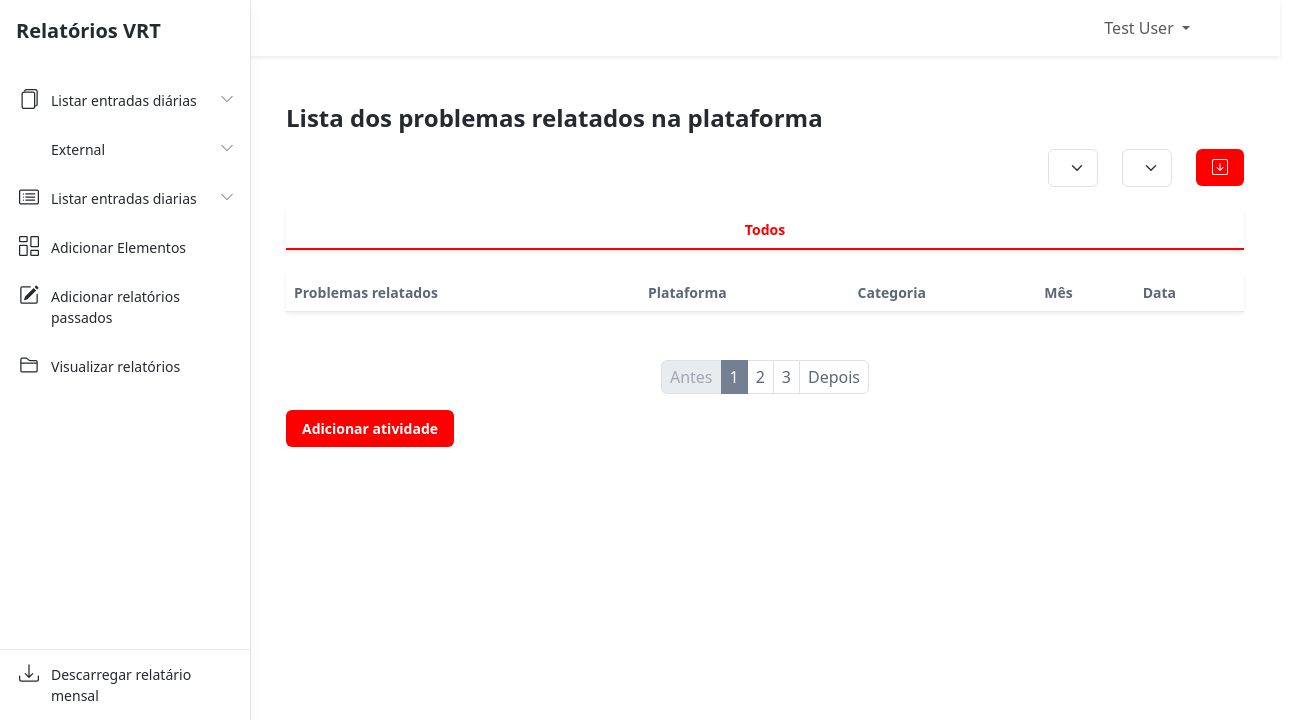
Repository: Yolanda-Marchone/Relatorios
Page: http://localhost/home
These files come from the project's save history. The page is drawn as it stood at one moment and after the next save; the edit follows.
The browser window is 1280 px wide. The page is 1292 px wide, so the pictures cover 1292 px, including what lies to the right of the window. The pictures show the whole page.
The page is served by the project's Laravel application, run on PHP 8.4 with Laravel 10. A made-up administrator, Test User (test@example.com), is signed in. Style sheets and scripts are compiled from the project's sources, by tool versions that may differ from the author's. Queries for data that is not in the repository find no rows.

Above is the page before, as saved 2024-05-23 10:51:43.
Console error: TypeError: Cannot read properties of null (reading 'addEventListener')

After the next save:
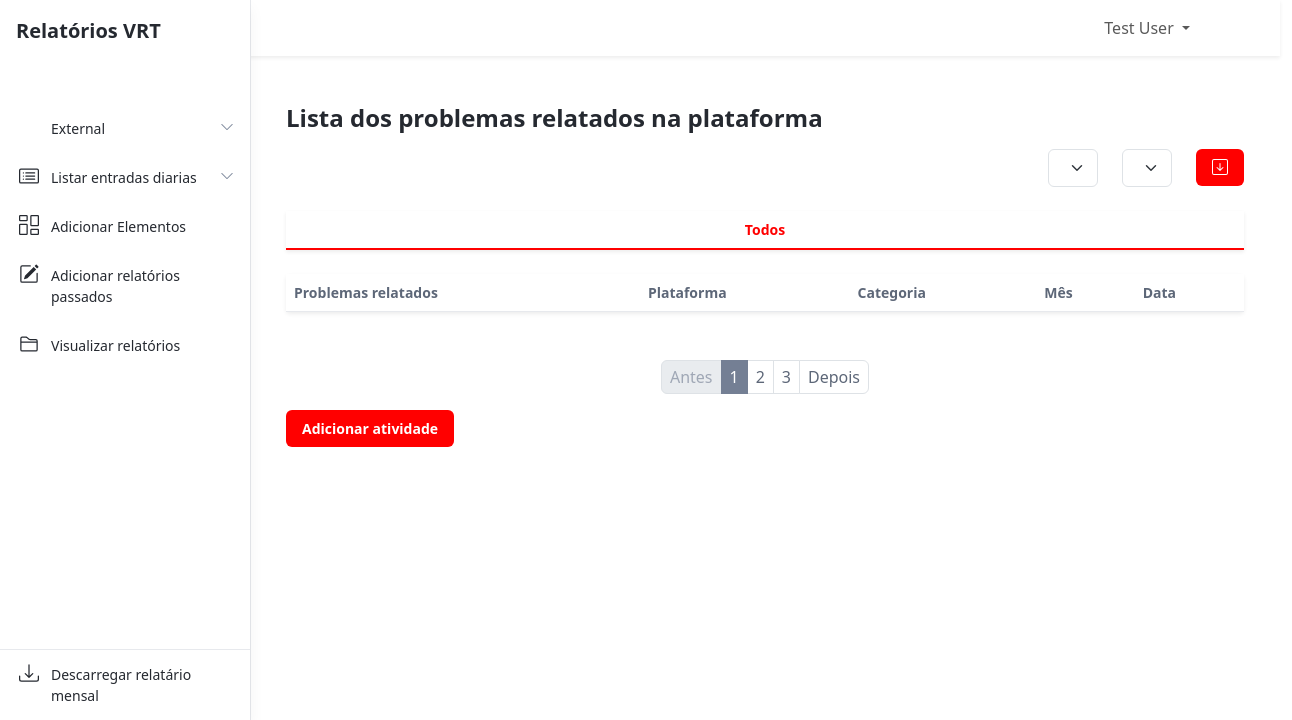
Saved 10 s later.
--- a/resources/views/layouts/app.blade.php
+++ b/resources/views/layouts/app.blade.php
@@ -94,11 +94,7 @@
 					        <!--//Bootstrap Icons: https://icons.getbootstrap.com/ -->
 					        <a class="nav-link submenu-toggle" href="#" data-bs-toggle="collapse" data-bs-target="#submenu-1" aria-expanded="false" aria-controls="submenu-1">
 						        <span class="nav-icon">
-						        <!--//Bootstrap Icons: https://icons.getbootstrap.com/ -->
-						        <svg width="1em" height="1em" viewBox="0 0 16 16" class="bi bi-files" fill="currentColor" xmlns="http://www.w3.org/2000/svg">
-	  <path fill-rule="evenodd" d="M4 2h7a2 2 0 0 1 2 2v10a2 2 0 0 1-2 2H4a2 2 0 0 1-2-2V4a2 2 0 0 1 2-2zm0 1a1 1 0 0 0-1 1v10a1 1 0 0 0 1 1h7a1 1 0 0 0 1-1V4a1 1 0 0 0-1-1H4z"/>
-	  <path d="M6 0h7a2 2 0 0 1 2 2v10a2 2 0 0 1-2 2v-1a1 1 0 0 0 1-1V2a1 1 0 0 0-1-1H6a1 1 0 0 0-1 1H4a2 2 0 0 1 2-2z"/>
-	</svg>
+						        <!--//Bootstrap Icons: https://icons.getb
 						         </span>
                                  <span class="nav-link-text">Listar entradas diárias</span>
 		                         <span class="submenu-arrow">

After the 2 saves that followed:
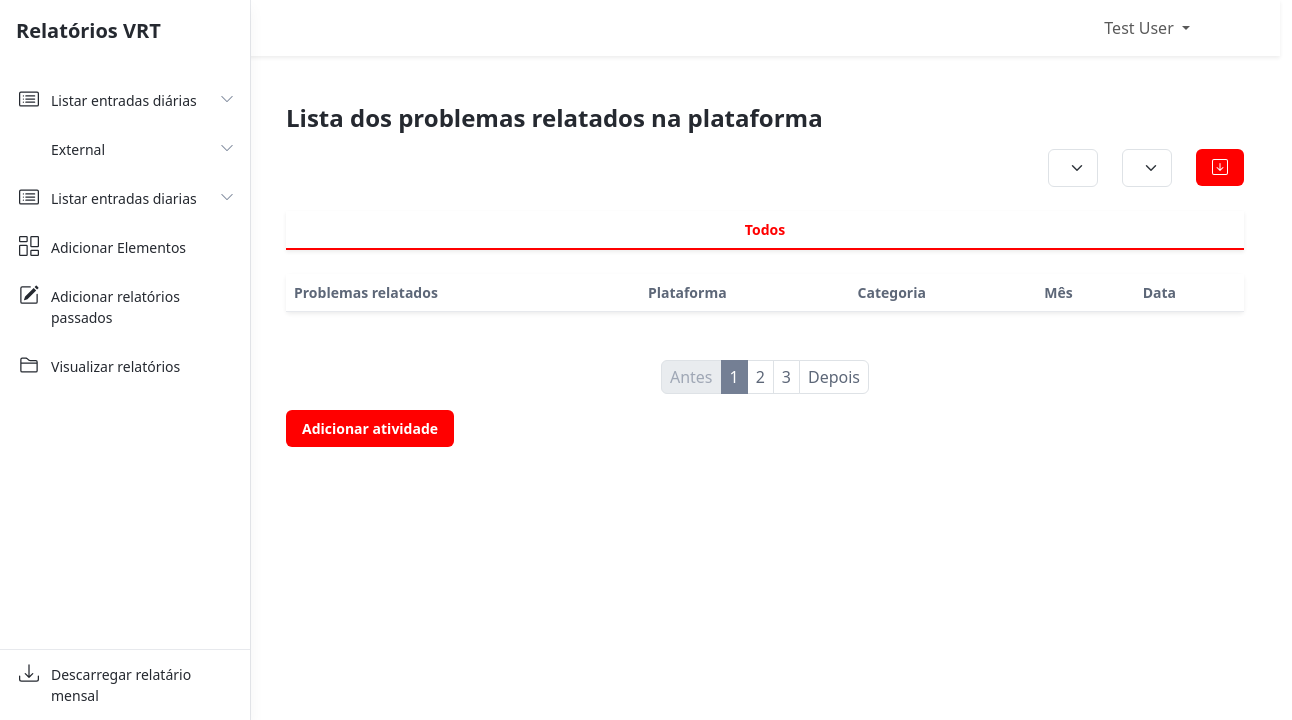
The 2 saves are shown as one change because they came seconds apart.
The last was saved 7 s later.
--- a/resources/views/layouts/app.blade.php
+++ b/resources/views/layouts/app.blade.php
@@ -94,7 +94,12 @@
 					        <!--//Bootstrap Icons: https://icons.getbootstrap.com/ -->
 					        <a class="nav-link submenu-toggle" href="#" data-bs-toggle="collapse" data-bs-target="#submenu-1" aria-expanded="false" aria-controls="submenu-1">
 						        <span class="nav-icon">
-						        <!--//Bootstrap Icons: https://icons.getb
+                                <svg width="1em" height="1em" viewBox="0 0 16 16" class="bi bi-card-list" fill="currentColor" xmlns="http://www.w3.org/2000/svg">
+  <path fill-rule="evenodd" d="M14.5 3h-13a.5.5 0 0 0-.5.5v9a.5.5 0 0 0 .5.5h13a.5.5 0 0 0 .5-.5v-9a.5.5 0 0 0-.5-.5zm-13-1A1.5 1.5 0 0 0 0 3.5v9A1.5 1.5 0 0 0 1.5 14h13a1.5 1.5 0 0 0 1.5-1.5v-9A1.5 1.5 0 0 0 14.5 2h-13z"/>
+  <path fill-rule="evenodd" d="M5 8a.5.5 0 0 1 .5-.5h7a.5.5 0 0 1 0 1h-7A.5.5 0 0 1 5 8zm0-2.5a.5.5 0 0 1 .5-.5h7a.5.5 0 0 1 0 1h-7a.5.5 0 0 1-.5-.5zm0 5a.5.5 0 0 1 .5-.5h7a.5.5 0 0 1 0 1h-7a.5.5 0 0 1-.5-.5z"/>
+  <circle cx="3.5" cy="5.5" r=".5"/>
+  <circle cx="3.5" cy="8" r=".5"/>
+  <circle cx="3.5" cy="10.5" r=".5"/>
 						         </span>
                                  <span class="nav-link-text">Listar entradas diárias</span>
 		                         <span class="submenu-arrow">
